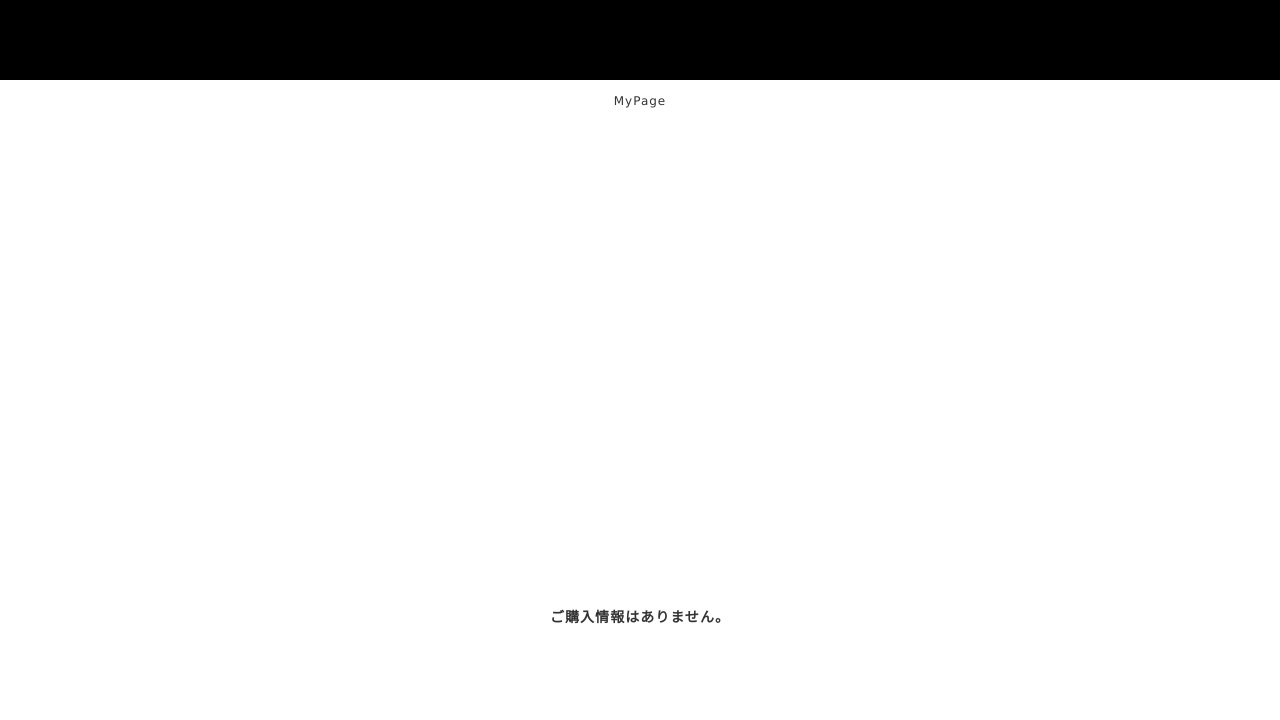
Repository: user-yo-yo/test
Page: http://localhost/ecsite/myPage.jsp
An editor plug-in stored every save of this project. The page is shown before and after the next save, followed by the edit.
The browser window is 1280 px wide. The pictures show the whole page.
The page is served by Tomcat 9.

Above is the page before, as saved 2019-03-08 08:07:21.

After the next save:
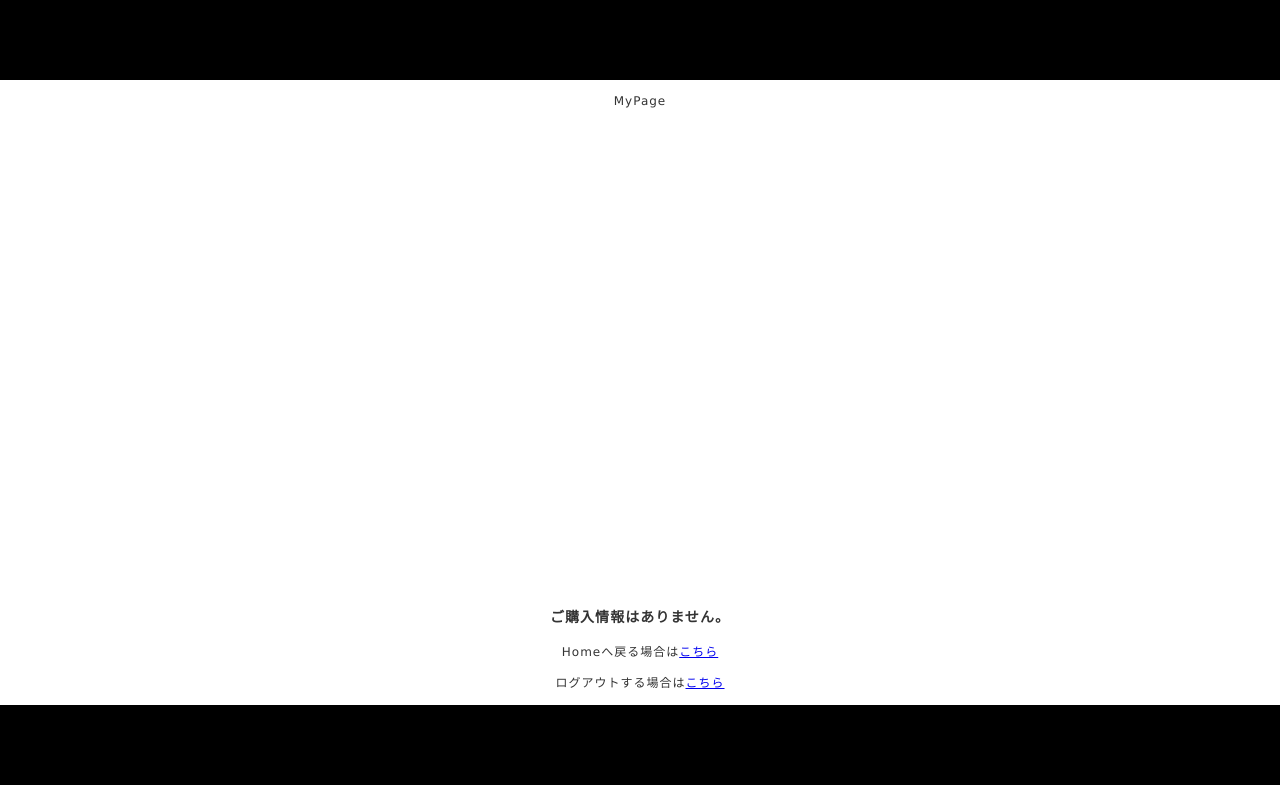
Saved 3 min 50 s later.
--- a/ecsite/WebContent/myPage.jsp
+++ b/ecsite/WebContent/myPage.jsp
@@ -90,10 +90,12 @@
 					<s:iterator value="myPageList">
 						<tr>
 							<td><s:property value="itemName" /></td>
-							<td><s:property value="totalPrice" /></td>
+							<td><s:property value="totalPrice" />
 								<span>円</span>
-							<td><s:property value="totalCount" /></td>
+							</td>
+							<td><s:property value="totalCount" />
 								<span>個</span>
+							</td>
 							<td><s:property value="payment" /></td>
 							<td><s:property value="insert_date" /></td>
 						</tr>
@@ -104,6 +106,17 @@
 					<s:submit value="削除" method="delete" />
 				</s:form>
 			</s:elseif>
+			<s:if test="message != bull">
+				<h3><s:property value="message" /></h3>
+			</s:if>
+			<div id ="text-right">
+				<p>Homeへ戻る場合は<a href='<s:url action="GoHomeAction" />'>こちら</a></p>
+				<p>ログアウトする場合は<a href='<s:url action="LogoutAction" />'>こちら</a></p>
+			</div>
+		</div>
+		<div id="footer">
+			<div id="pr">
+			</div>
 		</div>
 	</div>
 </body>

After the 2 saves that followed:
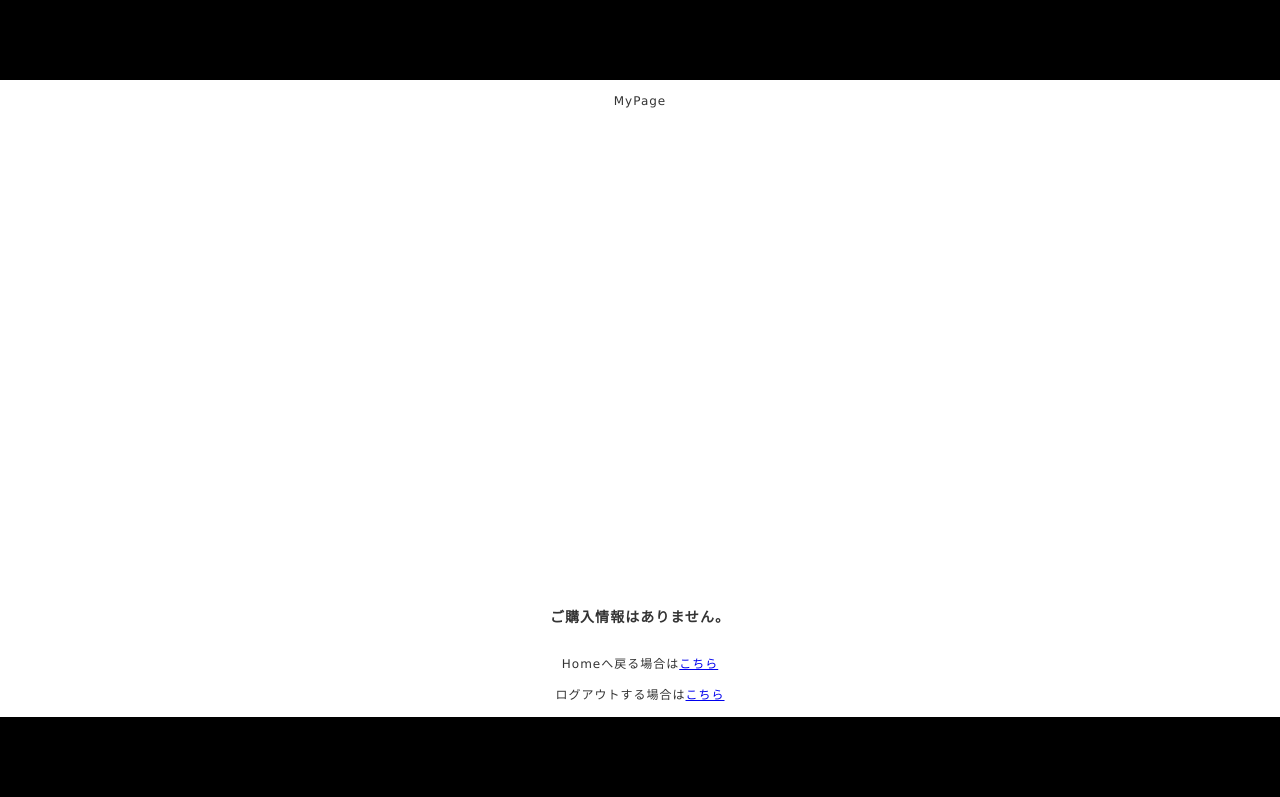
The 2 saves are shown as one change because 1 left the picture as it was.
The last was saved 12 min 1 s later.
--- a/ecsite/WebContent/myPage.jsp
+++ b/ecsite/WebContent/myPage.jsp
@@ -56,7 +56,7 @@
 	clear:both;
 }
 
-#text-center{
+#text-right{
 	display:inline-block;
 	text-align:center;
 }
@@ -102,7 +102,7 @@
 					</s:iterator>
 				</table>
 				<s:form action="MyPageAction">
-					<inoput type="hidden" name="deleteFlg" value="1">
+					<input type="hidden" name="deleteFlg" value="1" >
 					<s:submit value="削除" method="delete" />
 				</s:form>
 			</s:elseif>
